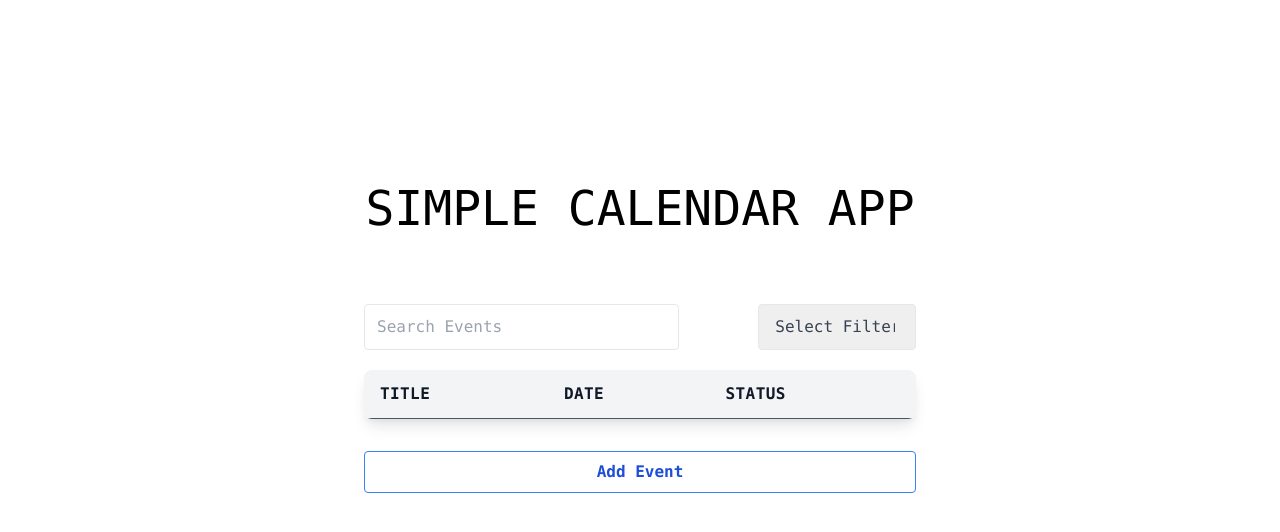
Repository: maikeru-desu/parking-lot
Page: / (app in parking-lot-fe/)
These files come from the project's save history. The page is drawn as it stood at one moment and after a run of saves; the edit follows.
The browser window is 1280 px wide. The pictures show the whole page.
The page's requests for data from a server got no answer. The project was rebuilt for these pictures with package versions that can differ from the ones it lists, and the page was loaded fresh each time. No one was signed in, and anything a server would have sent is missing. Also part of the build but not shown: parking-lot-fe/craco.config.js, parking-lot-fe/src/pages/Add.js, parking-lot-fe/src/pages/Edit.js, parking-lot-fe/src/pages/Error.js.

Above is the page before, as saved 2021-10-21 14:29:16.

After the next 2 saves:
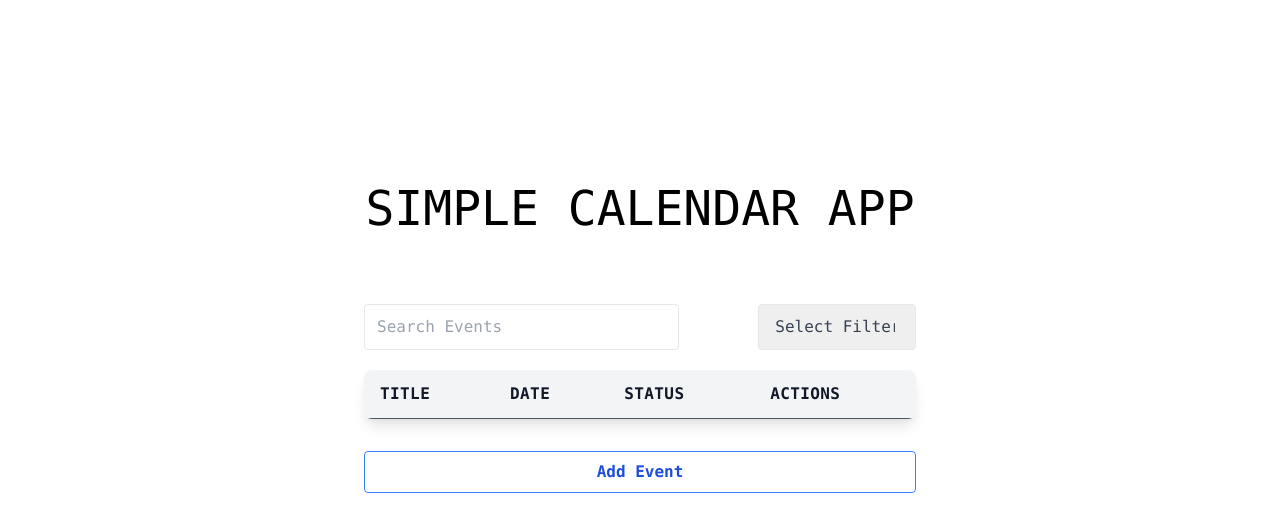
The 2 saves are shown as one change because they came seconds apart.
The last was saved 12 s later.
--- a/parking-lot-fe/src/pages/Home.js
+++ b/parking-lot-fe/src/pages/Home.js
@@ -79,7 +79,8 @@ const Home = () => {
                     <tr class="text-md font-semibold tracking-wide text-left text-gray-900 bg-gray-100 uppercase border-b border-gray-600">
                         <th class="px-4 py-3">Title</th>
                         <th class="px-4 py-3">Date</th>
-                        <th class="px-4 py-3">Status</th>
+                                <th class="px-4 py-3">Status</th>
+                                <th class="px-4 py-3">Actions</th>
                         {/* <th class="px-4 py-3">Action</th> */}
                     </tr>
                     </thead>
